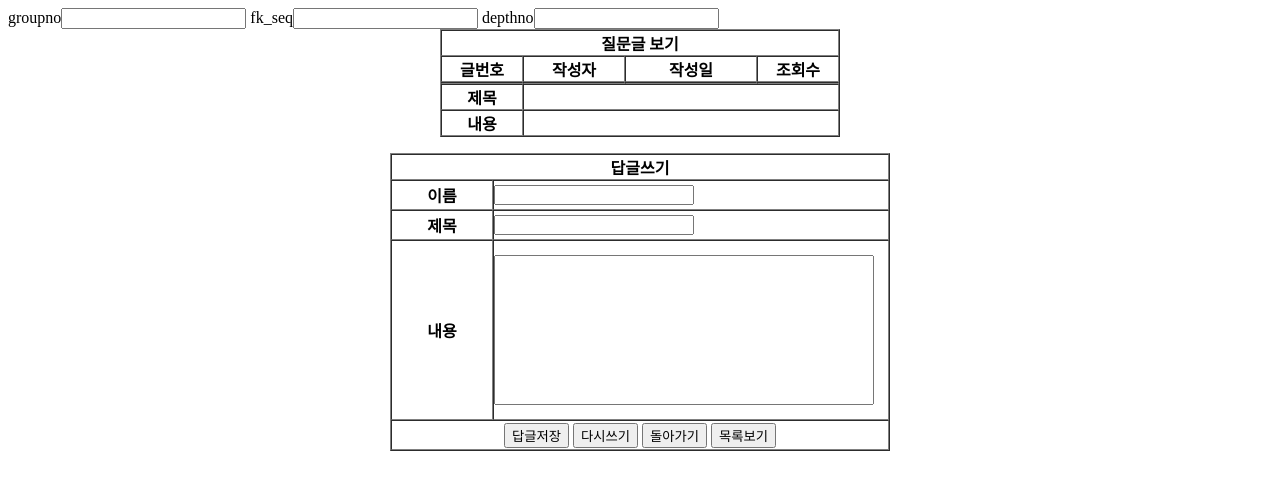
Repository: xx10222/STS_MVC2_Board
Page: http://localhost/project2/WEB-INF/views/board/replyView.jsp
The author's editor kept a copy of each file at every save. The page is drawn from the files as they stood at one save, then again after the next save.
The browser window is 1280 px wide. The pictures show the whole page.
Some web libraries are served in a nearby version. The page is served by Tomcat 9. Nobody is signed in. The template is opened directly, without the code that normally fills it, so the values that code supplies are empty.

Above is the page before, as saved 2020-05-27 10:40:40.

After the next save:
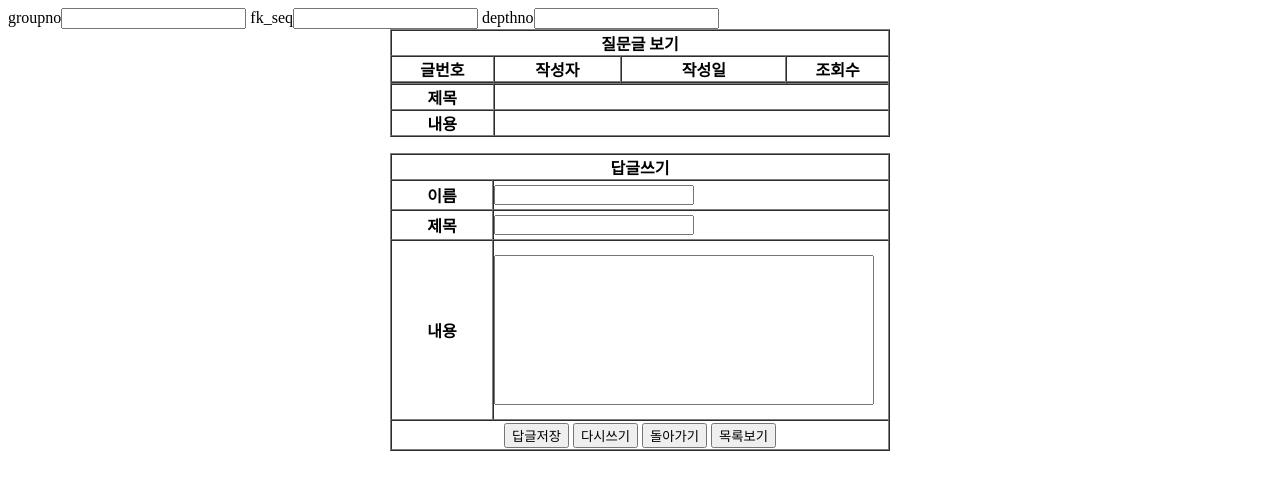
Saved 53 s later.
--- a/project2/src/main/webapp/WEB-INF/views/board/replyView.jsp
+++ b/project2/src/main/webapp/WEB-INF/views/board/replyView.jsp
@@ -64,7 +64,7 @@
                <label>fk_seq</label><input type="number" name="fk_seq" value="${reply.fk_seq}" readonly="readonly"/>
                <label>depthno</label><input type="number" name="depthno" value="${reply.depthno}" readonly="readonly"/>
 
-               <table align="center" width="400" cellpadding="0" cellspacing="0" border="1">
+               <table align="center" width="500" cellpadding="0" cellspacing="0" border="1">
                   <tr><th colspan = "4" align="center">질문글 보기</th></tr>
                   <tr>
                      <th align="center">글번호</th>
